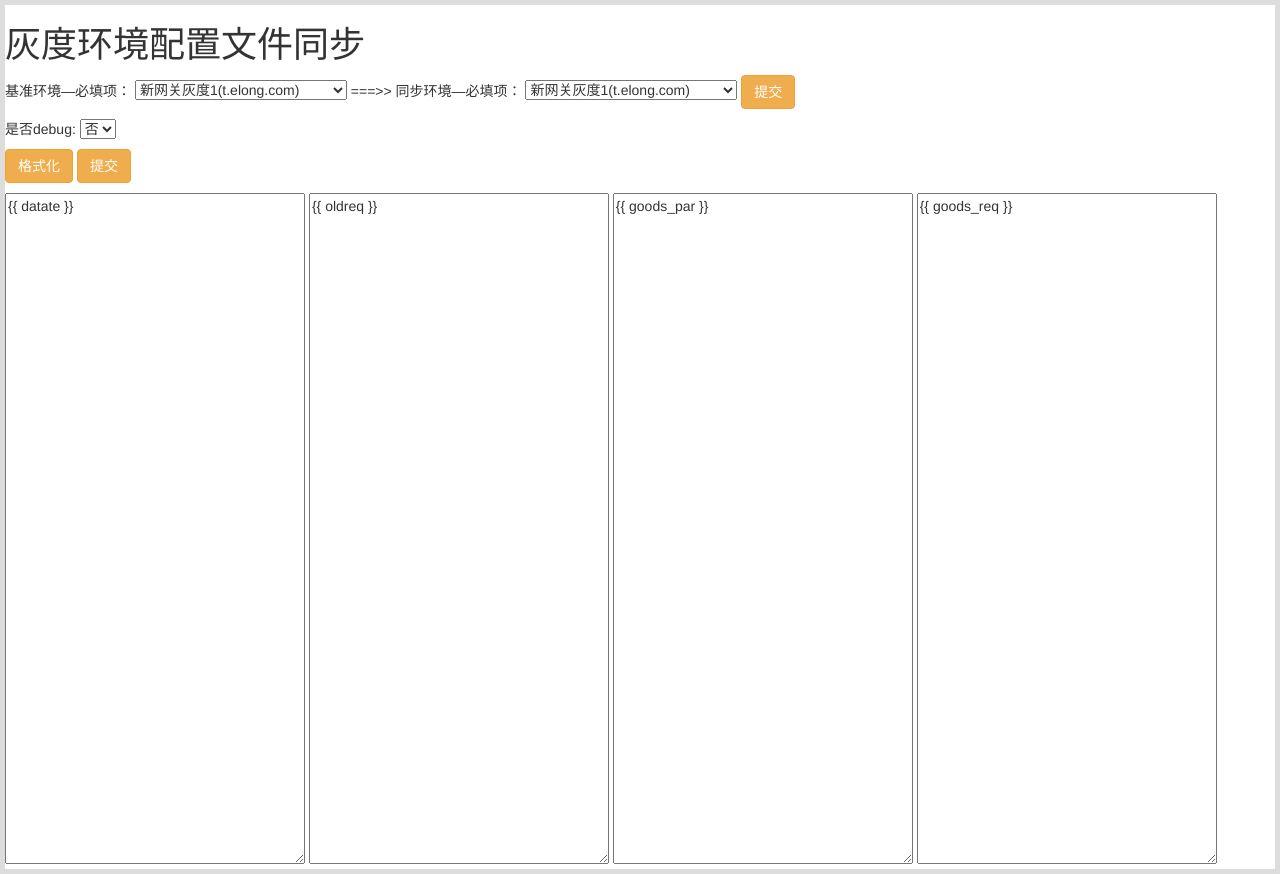
Repository: wangyanqing666/study
Page: other.html
An editor plug-in stored every save of this project. The page is shown before and after the next save, followed by the edit.
The browser window is 1280 px wide. The pictures show the whole page.

Above is the page before, as saved 2020-09-28 14:00:13.

After the next save:
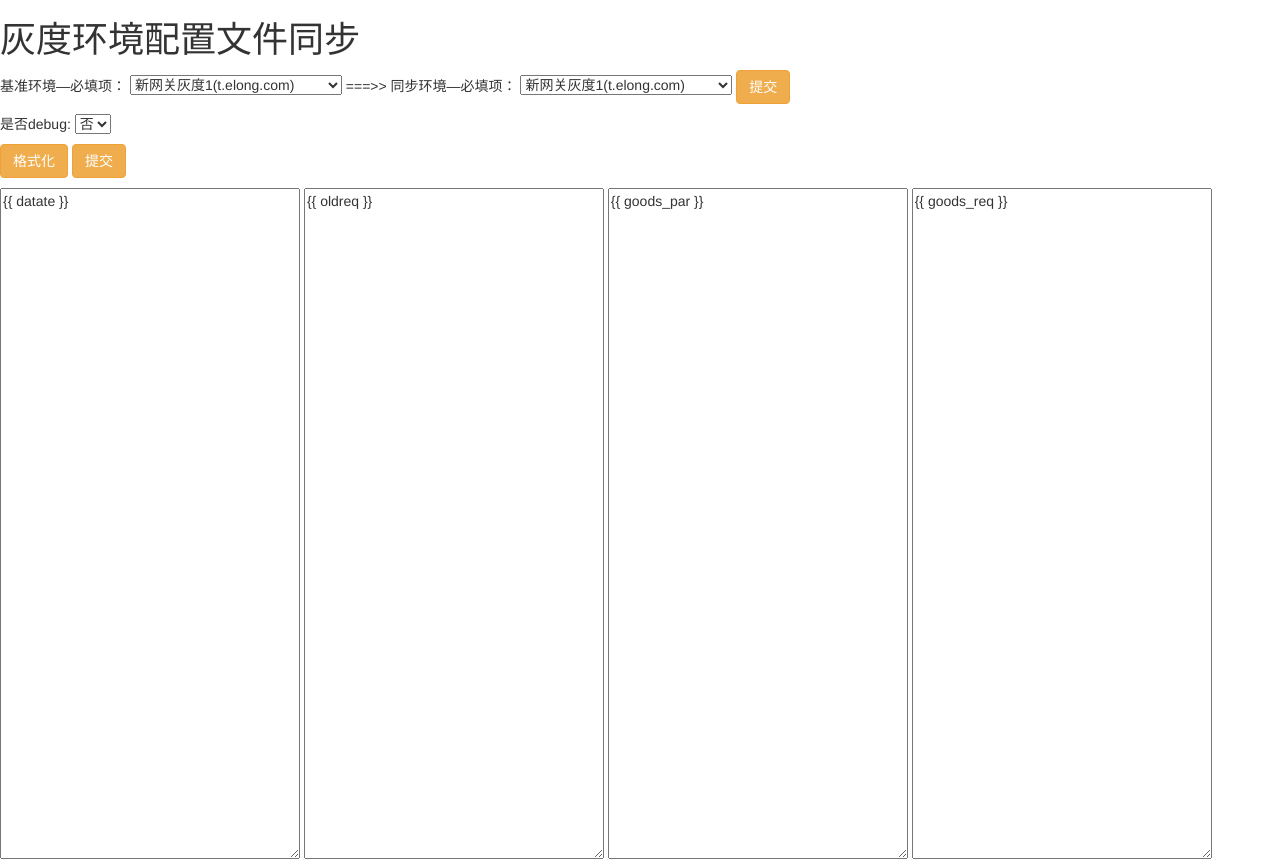
Saved 118 s later.
--- a/other.html
+++ b/other.html
@@ -117,7 +117,7 @@
 </head>
 
 <body>
-    <div style="border:5px solid #ddd;">
+    <div style="border:50px solid #ddd  bor;">
         <h1>灰度环境配置文件同步</h1>
         <div>
             <h5>

After the 3 saves that followed:
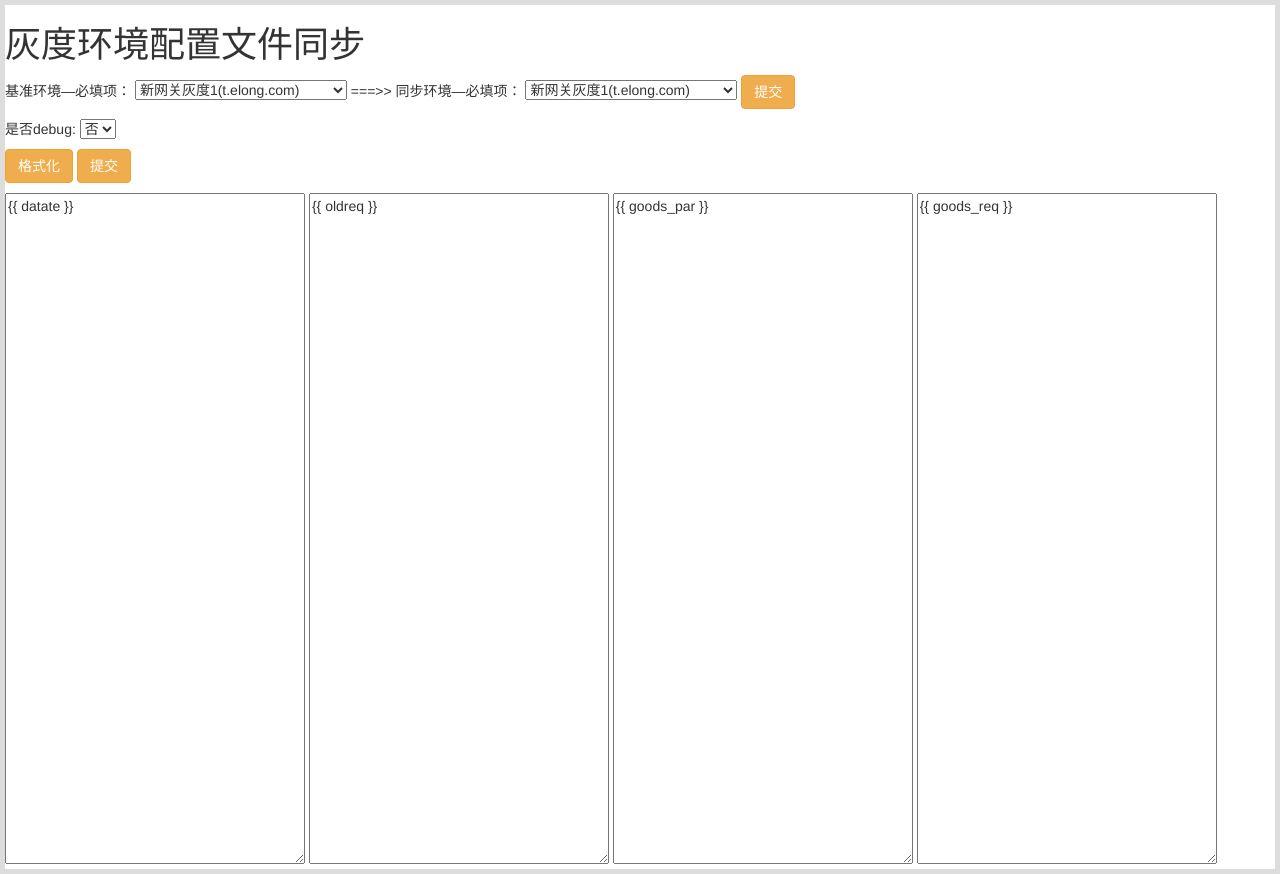
The 3 saves are shown as one change because 2 left the picture as it was.
The last was saved 76 s later.
--- a/other.html
+++ b/other.html
@@ -117,7 +117,7 @@
 </head>
 
 <body>
-    <div style="border:50px solid #ddd  bor;">
+    <div style="border:5px solid #ddd;">
         <h1>灰度环境配置文件同步</h1>
         <div>
             <h5>
